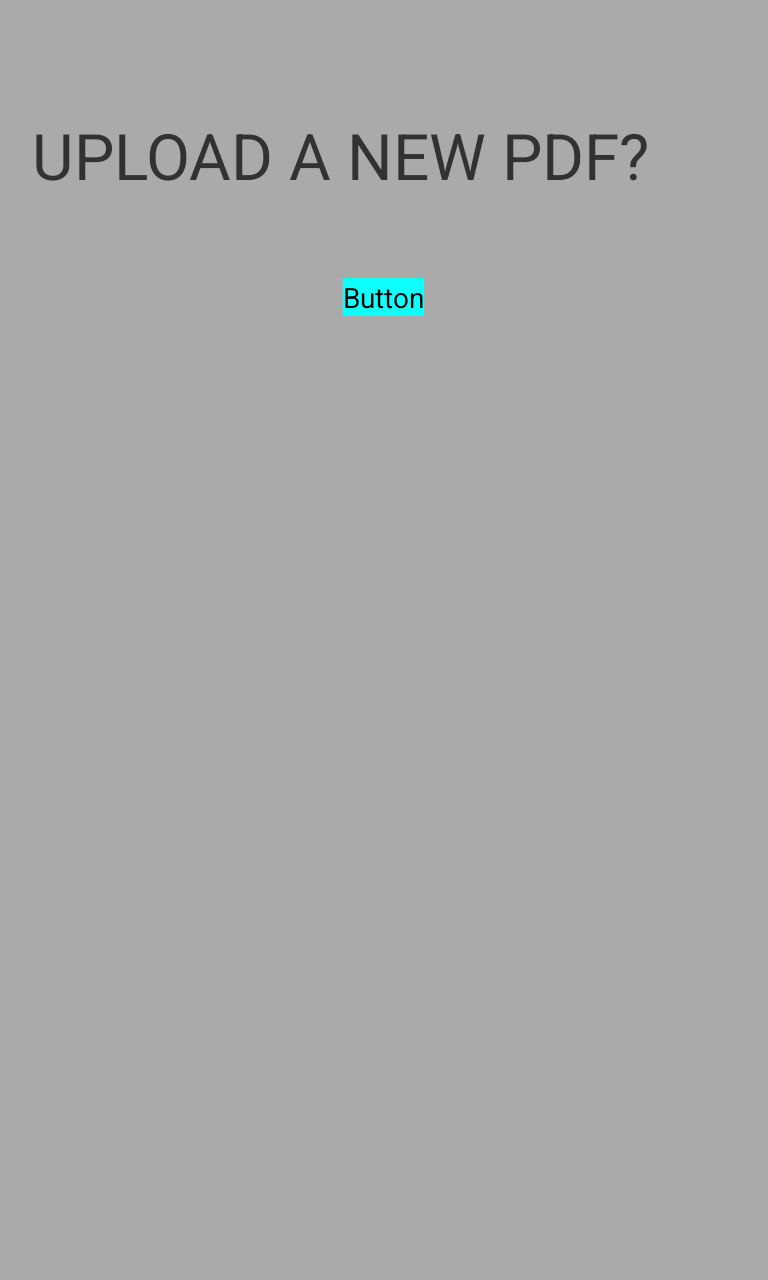
Repository: nick11roberts/Moka-Scanr
Layout: Document Uploader/res/layout/activity_options.xml
The author's editor kept a copy of each file at every save. The layout is drawn from the files as they stood at one save, then again after the next save.
It is drawn on a 768 x 1280 px phone screen (xhdpi) without system bars, with theme android:Theme.Light.NoTitleBar; the app's code is not run.

Above is the layout before, as saved 2014-05-29 06:18:49.

### Document Uploader/res/layout/activity_options.xml
<LinearLayout xmlns:android="http://schemas.android.com/apk/res/android"
    xmlns:tools="http://schemas.android.com/tools"
    android:layout_width="match_parent"
    android:layout_height="match_parent"
    android:background="#AAAAAA"
    android:baselineAligned="true"
    android:gravity="center_horizontal"
    android:orientation="vertical"
    android:paddingBottom="@dimen/activity_vertical_margin"
    android:paddingLeft="@dimen/activity_horizontal_margin"
    android:paddingRight="@dimen/activity_horizontal_margin"
    android:paddingTop="@dimen/activity_vertical_margin"
    tools:context="io.github.nick11roberts.pdf_drive.MainActivity$mainFragment" >

    <TextView
        android:layout_width="match_parent"
        android:layout_height="wrap_content"
        android:paddingTop="40dp"
        android:paddingBottom="40dp"
        android:text="@string/main_heading"
        android:textAllCaps="true"
        android:textSize="32sp" />

    <Button
        android:id="@+id/button1"
        android:layout_width="wrap_content"
        android:layout_height="wrap_content"
        android:background="#0FFFFF"
        android:text="Button" />

</LinearLayout>

### Document Uploader/res/values/strings.xml
<?xml version="1.0" encoding="utf-8"?>
<resources>

    <string name="app_name">PDF-Drive</string>

    <string name="main_heading">Upload a new PDF?</string>

    <string name="action_settings">Settings</string>

</resources>

Loaded but not shown: Document Uploader/res/values/dimens.xml (common file); Document Uploader/res/values-w820dp/dimens.xml (common file)

After the next save:
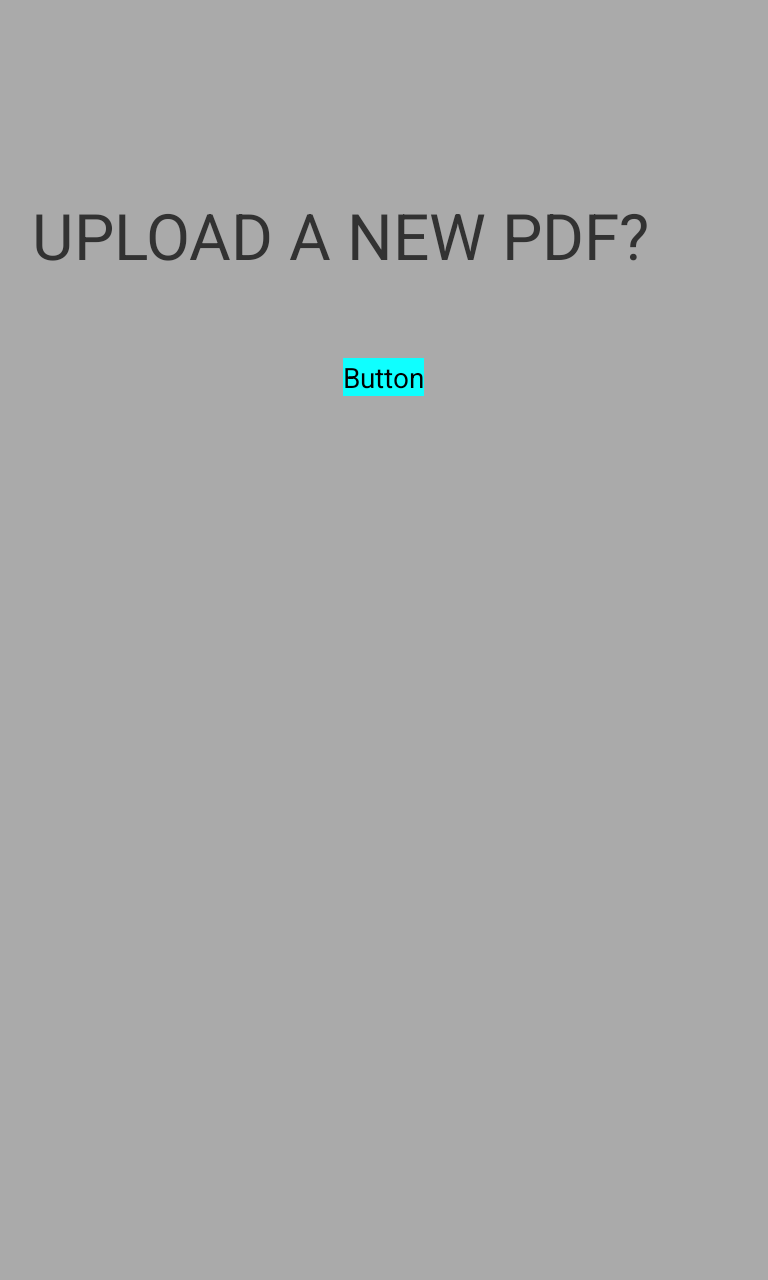
Saved 14 s later.
--- a/Document Uploader/res/layout/activity_options.xml
+++ b/Document Uploader/res/layout/activity_options.xml
@@ -15,7 +15,7 @@
     <TextView
         android:layout_width="match_parent"
         android:layout_height="wrap_content"
-        android:paddingTop="40dp"
+        android:paddingTop="80dp"
         android:paddingBottom="40dp"
         android:text="@string/main_heading"
         android:textAllCaps="true"
